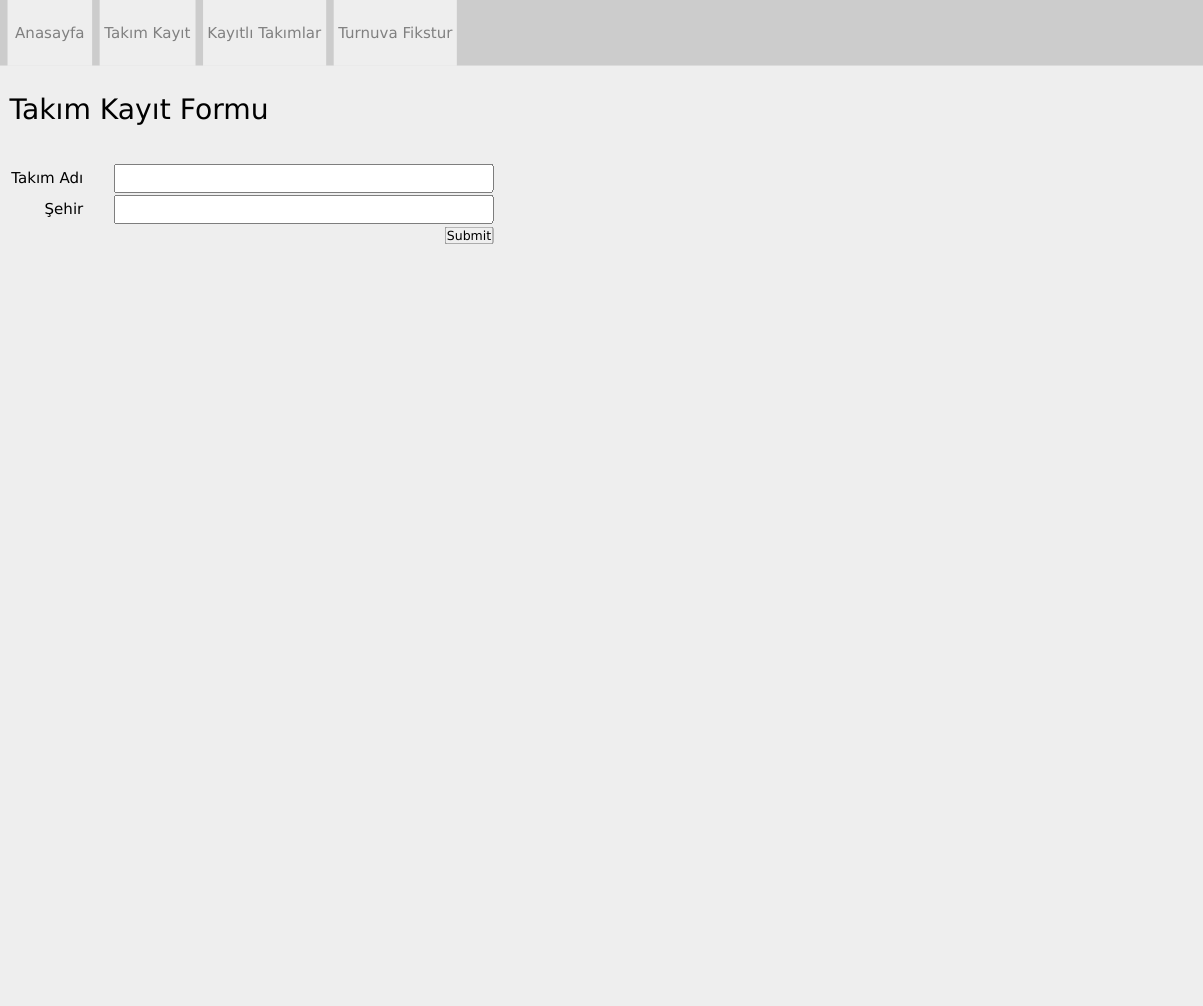
Repository: oktembaris77/internet_final
Page: http://localhost/internetfinal/takim_kayit.jsp
These files come from the project's save history. The page is drawn as it stood at one moment and after the next save; the edit follows.
The browser window is 1280 px wide. The pictures show the whole page, at 94% of full size.
The page is served by Tomcat 9.

Above is the page before, as saved 2020-05-11 20:04:40.

After the next save:
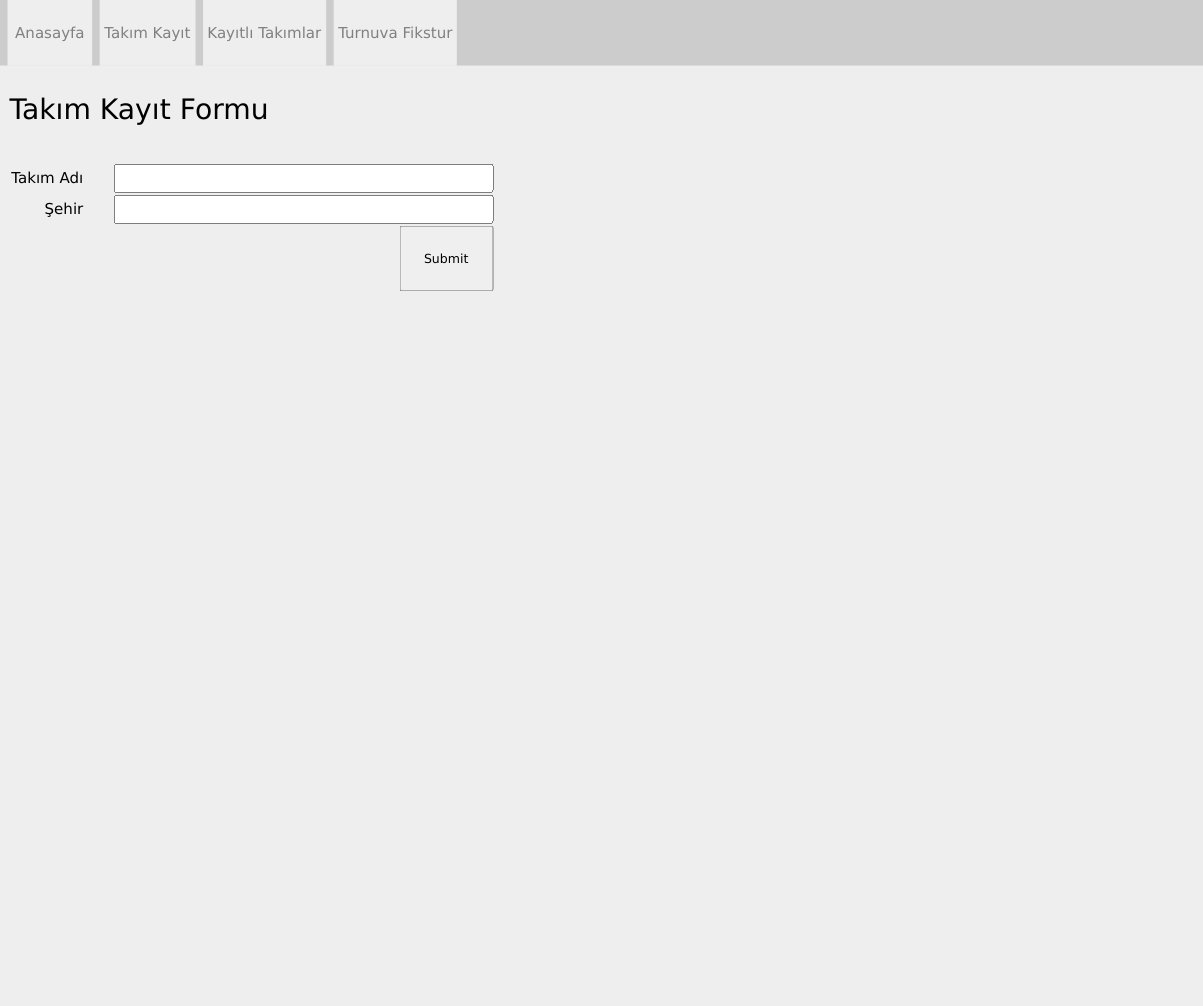
Saved 40 s later.
--- a/internetfinal/WebContent/takim_kayit.jsp
+++ b/internetfinal/WebContent/takim_kayit.jsp
@@ -66,6 +66,11 @@
 font-size:30px;
 
 }
+#btn{
+height:70px;
+width:100px;
+}
+
 </style>
 </head>
 <body>
@@ -99,7 +104,7 @@
 				</tr>
 				<tr>
 					<td></td>
-					<td><input type="submit"></td>
+					<td><input id="btn" type="submit"></td>
 				</tr>
 			</table>
 
